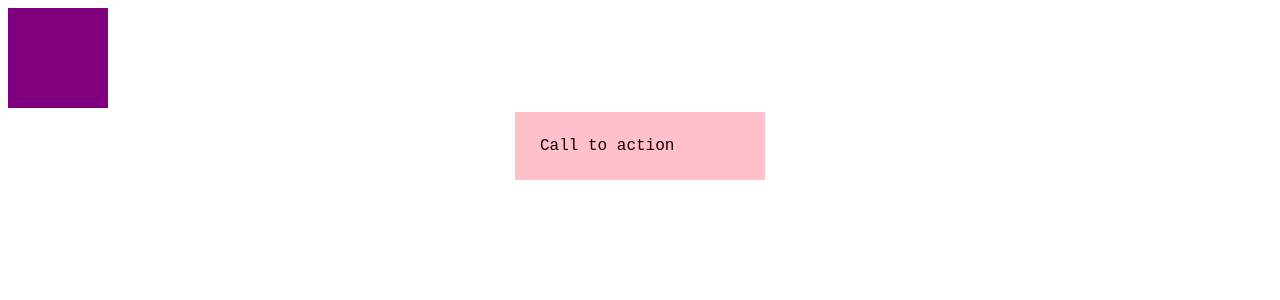
Repository: 16-Doffy/howtouse-htmlcss
Page: center_code/index.html
The author's editor kept a copy of each file at every save. The page is drawn from the files as they stood at one save, then again after the next save.
The browser window is 1280 px wide. The pictures show the whole page.

Above is the page before, as saved 2024-12-18 23:55:33.

After the next save:
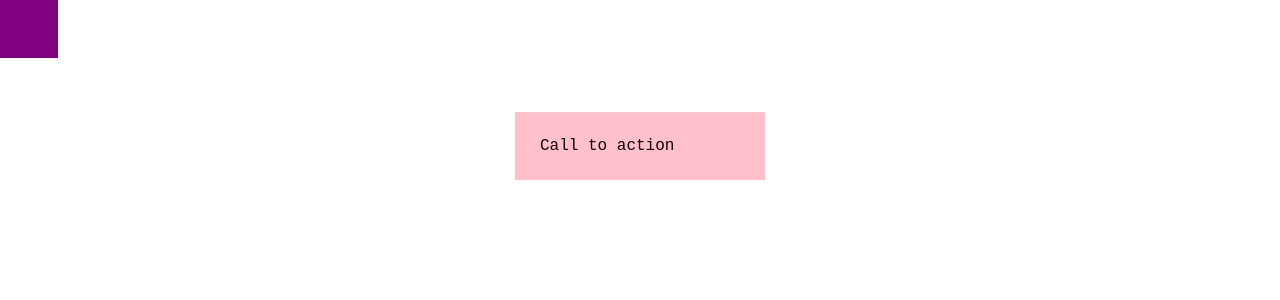
Saved 4 s later.
--- a/center_code/styles.css
+++ b/center_code/styles.css
@@ -4,7 +4,7 @@
   background-color: purple;
   display: inline-block;
   position: relative;
-  transform: translate(-50%, -50p%);
+  transform: translate(-50%, -50%);
 
 }
 .boxed-parent{

After the 4 saves that followed:
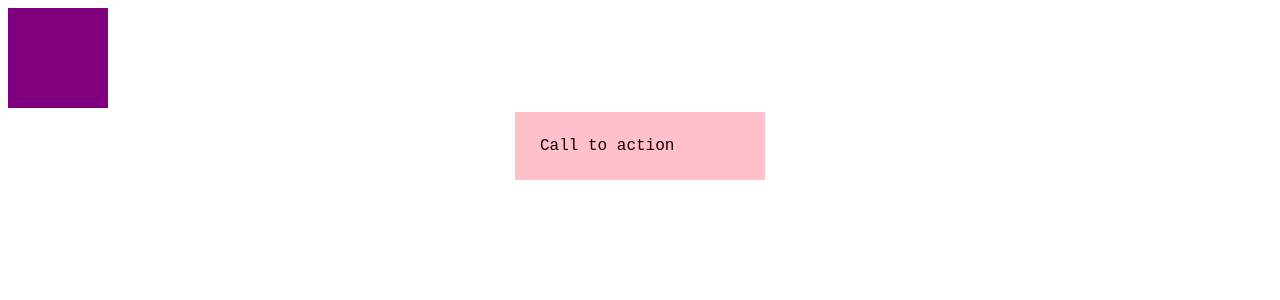
The 4 saves are shown as one change because 2 left the picture as it was and some came seconds apart.
The last was saved 35 s later.
--- a/center_code/styles.css
+++ b/center_code/styles.css
@@ -4,7 +4,7 @@
   background-color: purple;
   display: inline-block;
   position: relative;
-  transform: translate(-50%, -50%);
+  transform: translateX(-50%, 0);
 
 }
 .boxed-parent{
